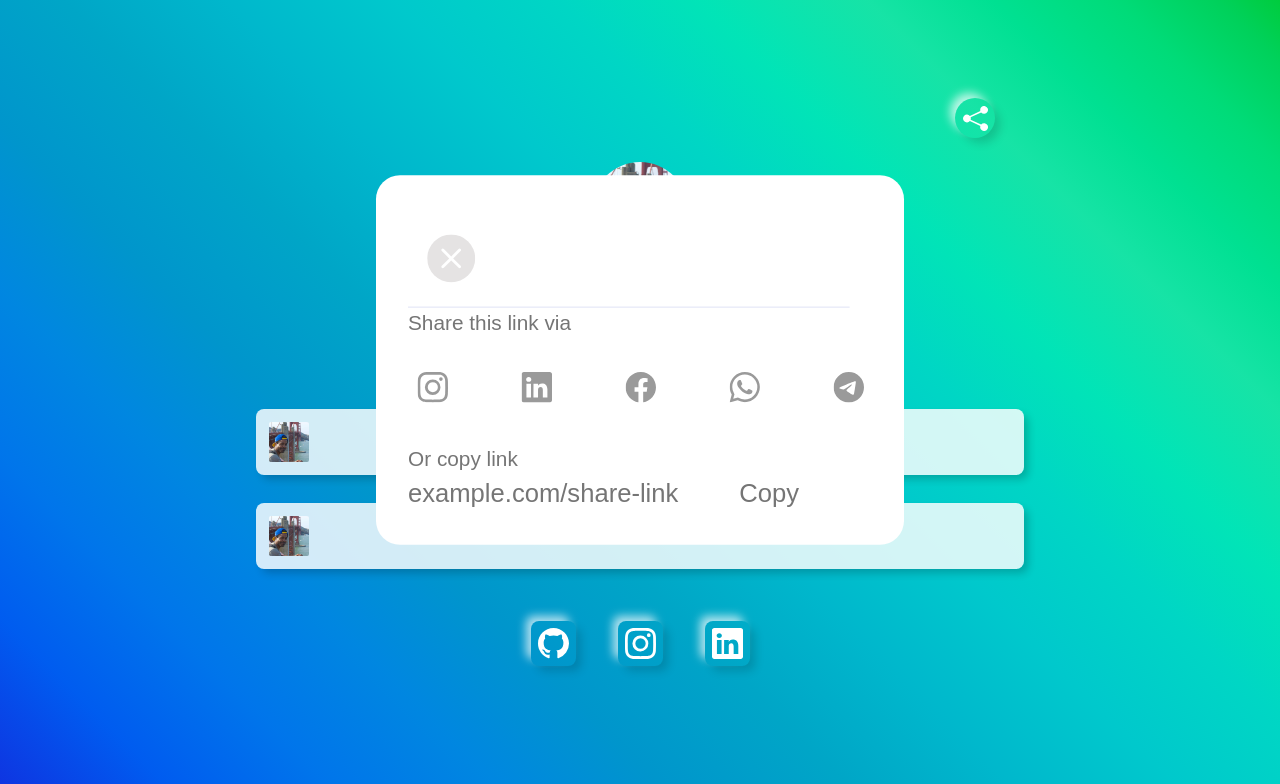
Repository: MateLaDBrouille97/linktree
Page: /
These files come from the project's save history. The page is drawn as it stood at one moment and after the next save; the edit follows.
The browser window is 1280 px wide. The pictures show the whole page.
The project was rebuilt for these pictures with package versions that can differ from the ones it lists, and the page was loaded fresh each time. The framework's server and built-in components were replaced by stand-ins that run in the browser. Also part of the build but not shown: next.config.js, styles/Home.module.css, styles/scrollup.css.

Above is the page before, as saved 2023-01-24 00:24:42.

After the next save:
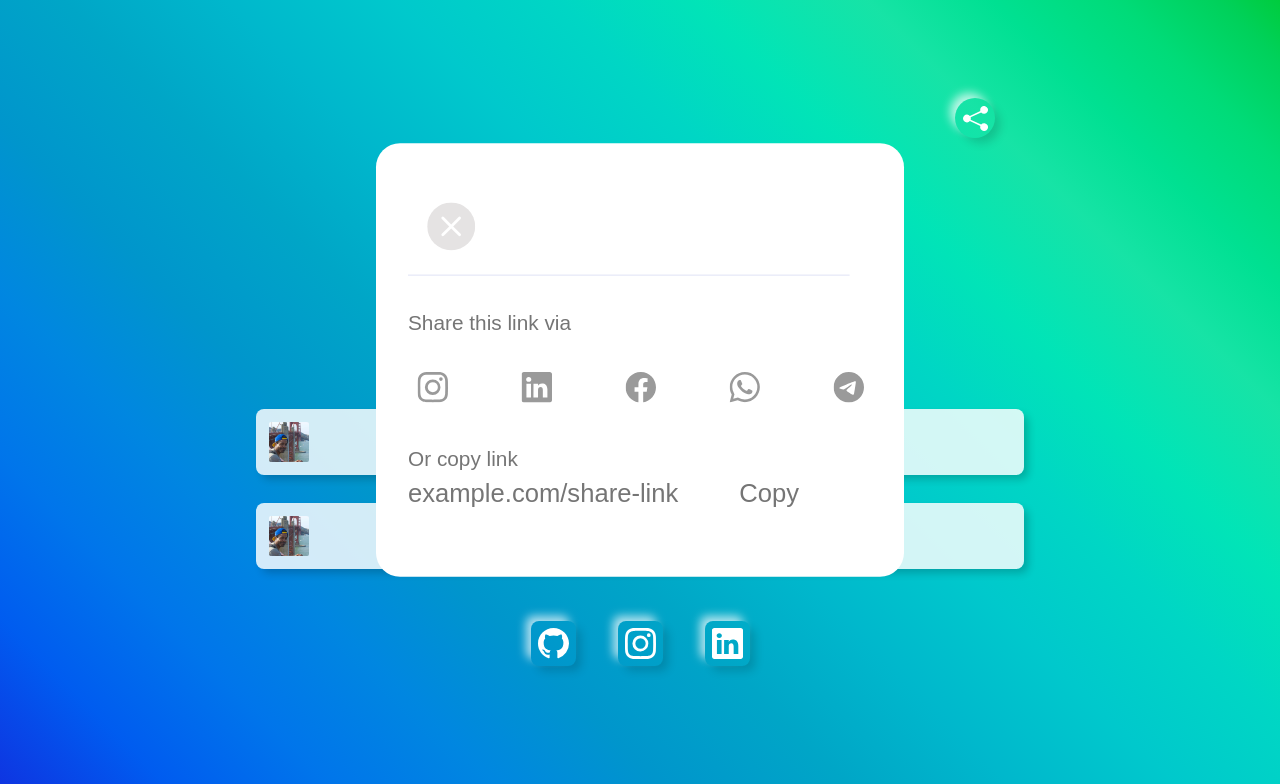
Saved 20 s later.
--- a/styles/share.css
+++ b/styles/share.css
@@ -106,13 +106,13 @@ header .close {
     justify-content: flex-end;
 }
 
-.modal-title {
+/* .modal-title {
   font-size: 19px;
   font-weight: 500;
-}
+} */
 
 .modal-share .content {
-  /* margin: 20px 0; */
+  margin: 20px 0;
 }
 
 .content p {
